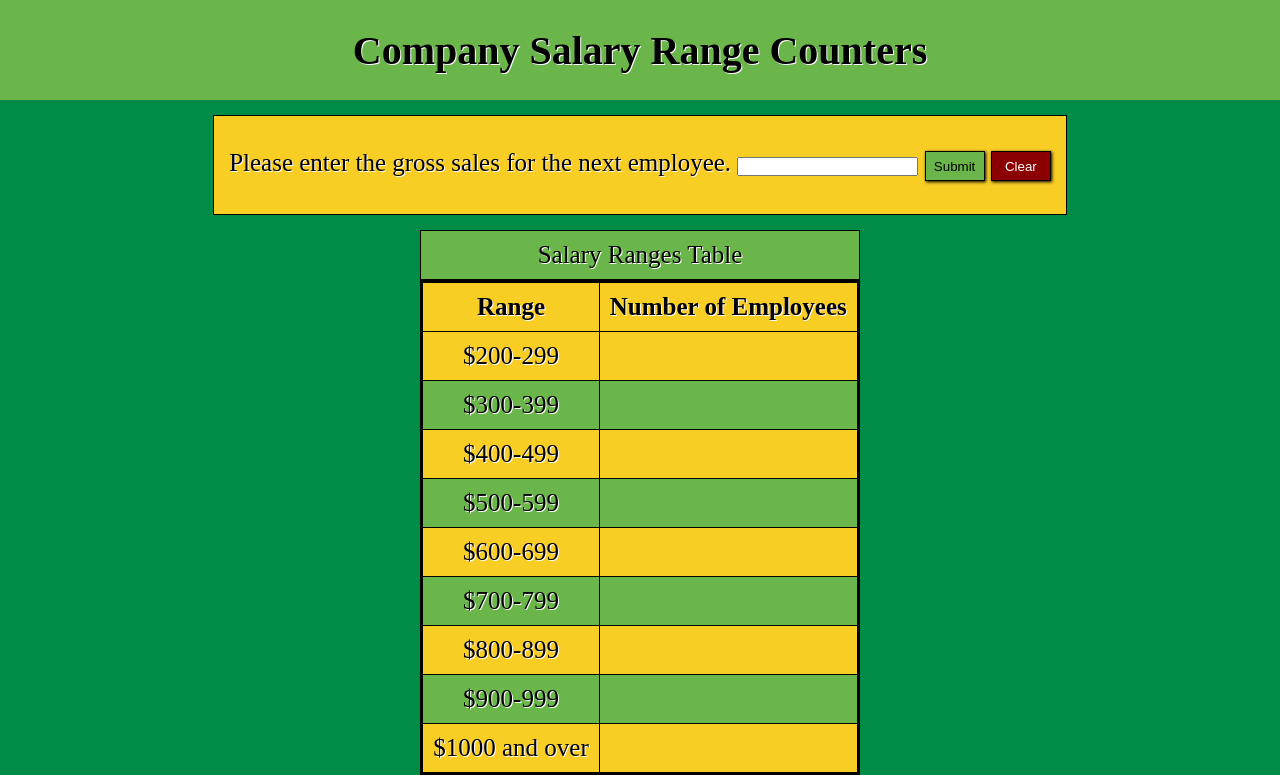
Repository: mlmEFSC21/P17-Sales-Commision
Page: sales.html
The author's editor kept a copy of each file at every save. The page is drawn from the files as they stood at one save, then again after the next save.
The browser window is 1280 px wide. The pictures show the whole page.

Above is the page before, as saved 2022-04-02 08:53:48.

### sales.html
<!DOCTYPE html>
<html lang="en">
    <head>
        <meta charset="UTF-8" />
        <meta http-equiv="X-UA-Compatible" content="IE=edge" />
        <meta name="viewport" content="width=device-width, initial-scale=1.0" />
        <link rel="stylesheet" href="sales.css" />
        <script defer src="sales.js"></script>
        <title>Company Salary Range Counters</title>
    </head>
    <body>
        <header class="mainHeader">
            <h1>Company Salary Range Counters</h1>
        </header>
        <section class="mainContent">
            <div class="formContainer" id="formContainer">
                <form class="salaryForm" id="salaryForm">
                    <label for="grossSales"
                        >Please enter the gross sales for the next employee.</label
                    >
                    <input type="text" name="grossSales" class="salesInp" id="salesInp" required />
                    <button type="submit" class="submit-btn" id="submit-btn">Submit</button>
                    <button type="reset" class="clear-btn" id="clear-btn">Clear</button>
                </form>
            </div>
            <div class="tableContainer" id="tableContainer">
                <table>
                    <caption>
                        Salary Ranges Table
                    </caption>
                    <thead>
                        <tr>
                            <th>Range</th>
                            <th>Number of Employees</th>
                        </tr>
                    </thead>
                    <tbody>
                        <tr>
                            <td>$200-299</td>
                            <td class="ranges" id="ranges"></td>
                        </tr>
                        <tr>
                            <td>$300-399</td>
                            <td class="ranges" id="ranges"></td>
                        </tr>
                        <tr>
                            <td>$400-499</td>
                            <td class="ranges" id="ranges"></td>
                        </tr>
                        <tr>
                            <td>$500-599</td>
                            <td class="ranges" id="ranges"></td>
                        </tr>
                        <tr>
                            <td>$600-699</td>
                            <td class="ranges" id="ranges"></td>
                        </tr>
                        <tr>
                            <td>$700-799</td>
                            <td class="ranges" id="ranges"></td>
                        </tr>
                        <tr>
                            <td>$800-899</td>
                            <td class="ranges" id="ranges"></td>
                        </tr>
                        <tr>
                            <td>$900-999</td>
                            <td class="ranges" id="ranges"></td>
                        </tr>
                        <tr>
                            <td>$1000 and over</td>
                            <td class="ranges" id="ranges"></td>
                        </tr>
                    </tbody>
                    <tfoot></tfoot>
                </table>
            </div>
        </section>
    </body>
</html>

### sales.css
:root {
    --clr-background: #008b47;
    --clr-primary: #f8cd24;
    --clr-secondary: #6bb64a;
}
*,
*::after,
*::before {
    box-sizing: border-box;
    margin: 0;
    padding: 0;
}
body {
    background-color: var(--clr-background);
    font-size: 20px;
    text-shadow: 1px 1px #fff;
}
.mainHeader {
    display: flex;
    align-items: center;
    justify-content: center;
    height: 100px;
    background-color: var(--clr-secondary);
}

.mainContent {
    display: flex;
    flex-direction: column;
}
.formContainer {
    display: flex;
    height: 100px;
    font-size: 1.25em;
    align-self: center;
    justify-self: center;
    align-items: center;
    justify-content: center;
    border: 1px ridge black;
    margin: 15px;
    padding: 15px;
    background-color: var(--clr-primary);
}
.tableContainer {
    justify-self: center;
    align-self: center;
}
table {
    border-collapse: collapse;
    border: 3px solid black;
    font-size: 1.25em;
    background-color: var(--clr-primary);
}
th,
tr,
td {
    border: 1px solid black;
    margin: 10px;
    padding: 10px;
    text-align: center;
}
caption {
    border: 1px solid black;
    padding: 10px;
    text-align: center;
    background-color: var(--clr-secondary);
}
tr:nth-child(even) {
    background-color: var(--clr-secondary);
}
button {
    height: 30px;
    width: 60px;
    border: 0.5px solid black;
    box-shadow: 1px 1px 3px black;
}
.submit-btn {
    background-color: var(--clr-secondary);
}
.submit-btn:hover {
    background-color: #93c779;
}
.clear-btn {
    background-color: darkred;
    color: white;
}
.clear-btn:hover {
    background-color: #ff0000;
}

### sales.js
//  base salary = $200 + commission
// commission = gross sales * 9%
// range floor / 100 - 2 = index 0 - 8
// test: x1 = Math.floor(218 / 100) - 2;
// works for all ranges below the last. Just check for >1000 first.
const baseSalary = 200;
let commissionAmount = 0;
let totalSalary = 0;
let employeeNum = 0;
let salaryRanges = [0, 0, 0, 0, 0, 0, 0, 0, 0];
let weeklyGrossSales = [];

const form = document.querySelector("#salaryForm");
const salesInput = document.getElementById("salesInp");
const td = document.querySelectorAll("td#ranges");
form.addEventListener("submit", getWeeklySal);
const resetBtn = document.querySelector("#clear-btn");
resetBtn.addEventListener("click", clearAllSalaries);

function getWeeklySal(e) {
    e.preventDefault();
    employeeNum++;
    weeklyGrossSales = parseInt(salesInput.value);
    calcCommission();
    calcTotalWeeklySalary();
    calcSalaryRange(totalSalary);
    fillRangeCol();
    salesInput.value = "";
}
function calcCommission() {
    commissionAmount = weeklyGrossSales * 0.09;
}
function calcTotalWeeklySalary() {
    totalSalary = baseSalary + commissionAmount;
    console.log(totalSalary);
    console.log(salaryRanges);
}
function calcSalaryRange(totalSalary) {
    if (totalSalary >= 1000) {
        salaryRanges[8] += 1;
    } else if (totalSalary < 1000) {
        let i = Math.floor(totalSalary / 100) - 2;
        salaryRanges[i] = salaryRanges[i] + 1;
    }
}
//append the table
function fillRangeCol() {
    for (let i = 0; i < salaryRanges.length; i++) {
        td[i].innerText = salaryRanges[i];
    }
}
//reset button
function clearAllSalaries() {
    salesInput.value = "";
    salaryRanges = [0, 0, 0, 0, 0, 0, 0, 0, 0];
    weeklyGrossSales = [];
    for (let i = 0; i < salaryRanges.length; i++) {
        td[i].innerText = 0;
    }
}

console.log(salaryRanges);
console.log(weeklyGrossSales);

After the next save:
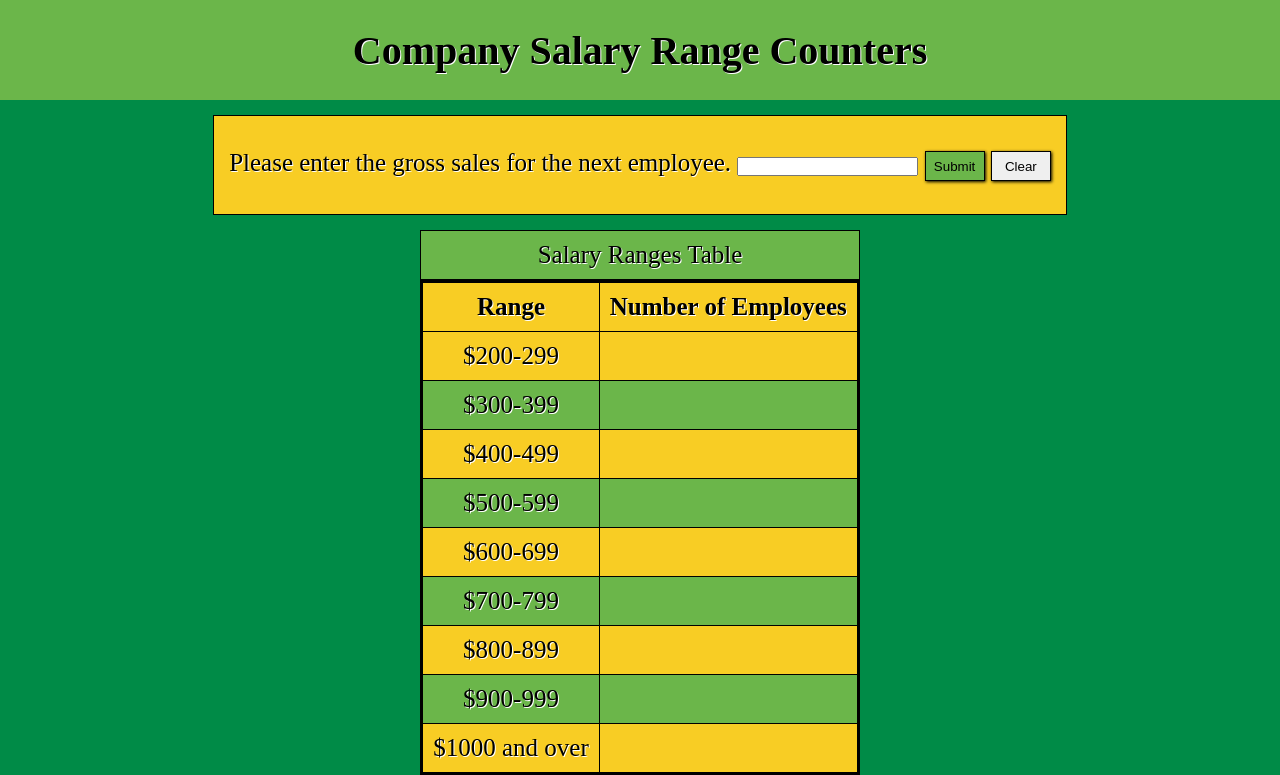
Saved 7 min 43 s later.
--- a/sales.html
+++ b/sales.html
@@ -20,7 +20,7 @@
                     >
                     <input type="text" name="grossSales" class="salesInp" id="salesInp" required />
                     <button type="submit" class="submit-btn" id="submit-btn">Submit</button>
-                    <button type="reset" class="clear-btn" id="clear-btn">Clear</button>
+                    <button type="reset" class="clear-btnclear-btn" id="clear-btn">Clear</button>
                 </form>
             </div>
             <div class="tableContainer" id="tableContainer">

After the save that followed:
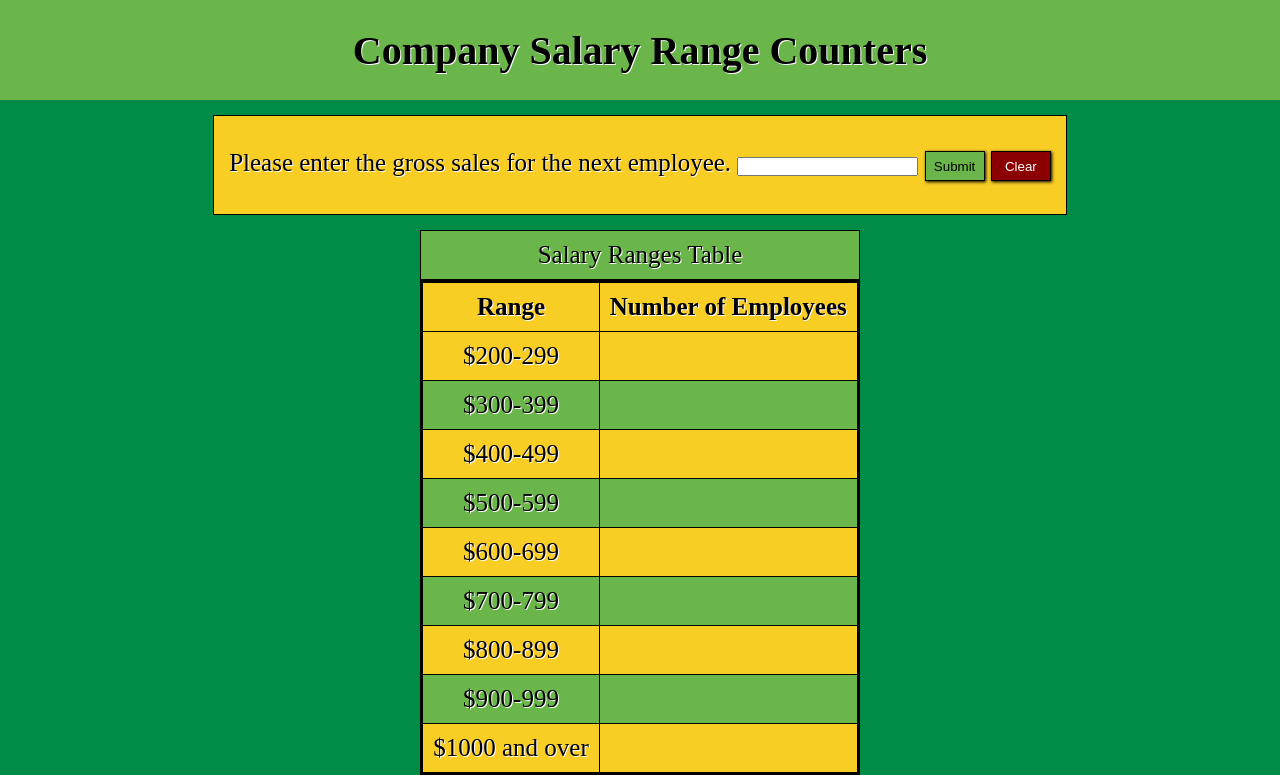
Saved 6 s later.
--- a/sales.html
+++ b/sales.html
@@ -20,7 +20,7 @@
                     >
                     <input type="text" name="grossSales" class="salesInp" id="salesInp" required />
                     <button type="submit" class="submit-btn" id="submit-btn">Submit</button>
-                    <button type="reset" class="clear-btnclear-btn" id="clear-btn">Clear</button>
+                    <button type="reset" class="clear-btn" id="clear-btn">Clear</button>
                 </form>
             </div>
             <div class="tableContainer" id="tableContainer">
